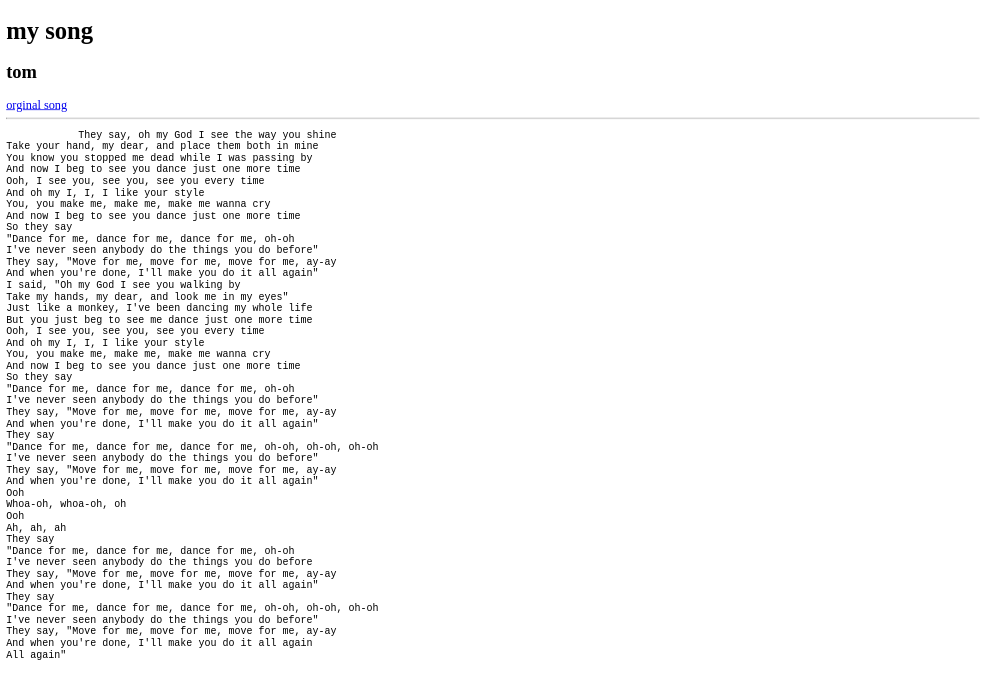
Repository: bao2222/hoc-lam-web
Page: lyric.html
These files come from the project's save history. The page is drawn as it stood at one moment and after the next save; the edit follows.
The browser window is 1280 px wide. The pictures show the whole page, at 77% of full size.

Above is the page before, as saved 2024-10-30 21:31:09.

After the next save:
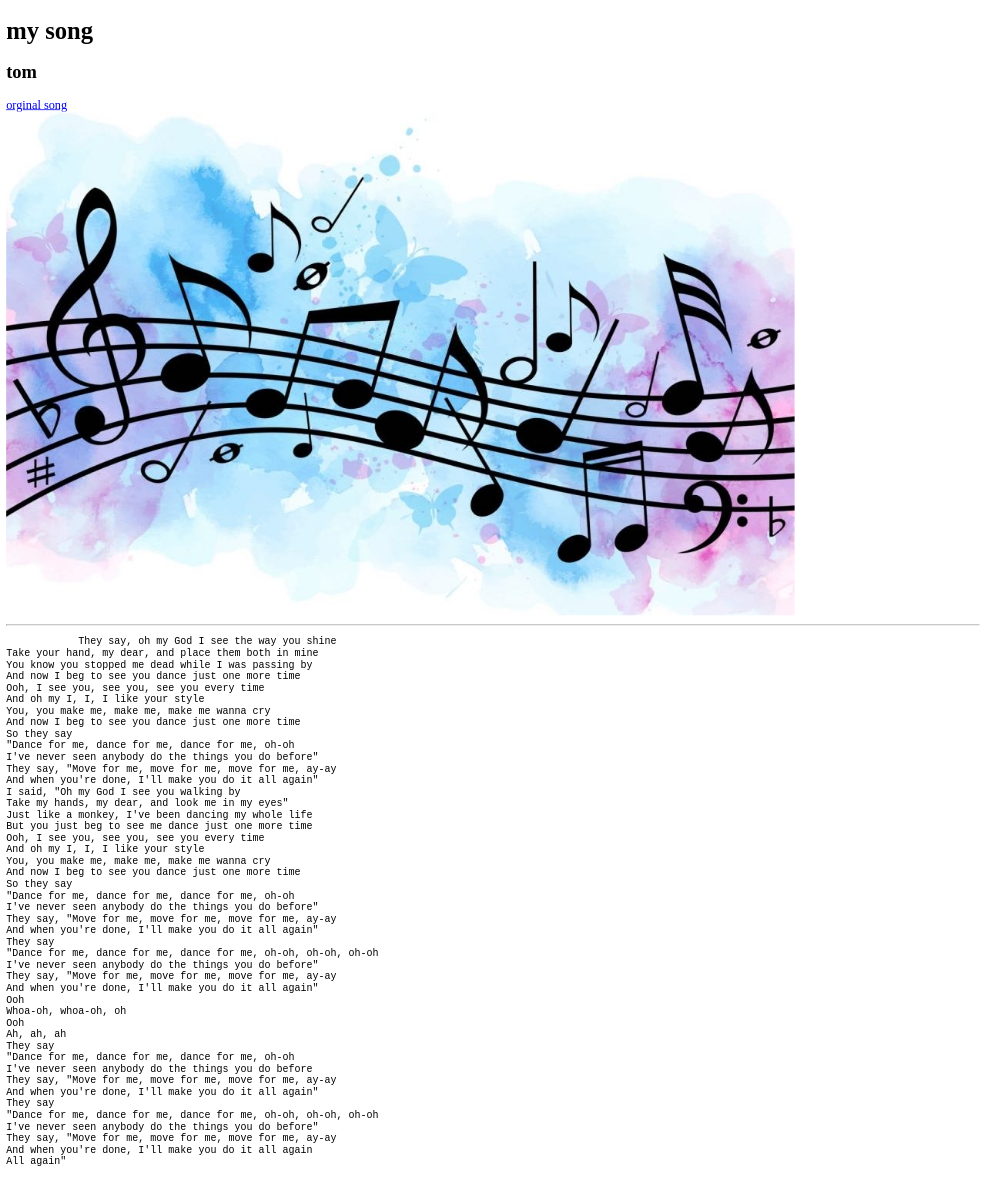
Saved 47 min 21 s later.
--- a/lyric.html
+++ b/lyric.html
@@ -9,6 +9,13 @@
         <a href = "https://www.youtube.com/watch?v=1__CAdTJ5JU">
             orginal song
         </a>
+
+        <br>
+        <a>
+            <img src = "15.jpg"
+            alt = "music"
+        </a>
+
         <hr>
         <pre>
             They say, oh my God I see the way you shine
